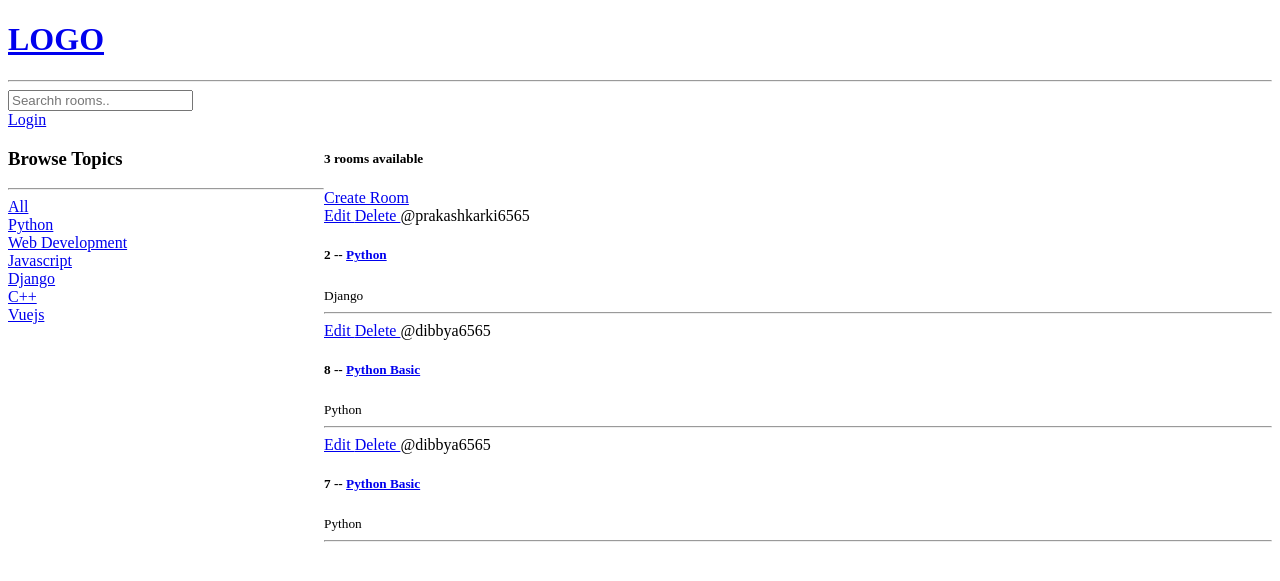
Repository: Dibbya65/Django-Basic
Page: http://localhost/?q=Python
An editor plug-in stored every save of this project. The page is shown before and after the next save, followed by the edit.
The browser window is 1280 px wide. The pictures show the whole page.
The page is served by the project's application, run on Django 3.2 (manage.py). The page reads the database file committed with the project.

Above is the page before, as saved 2021-11-15 20:54:55.

After the next save:
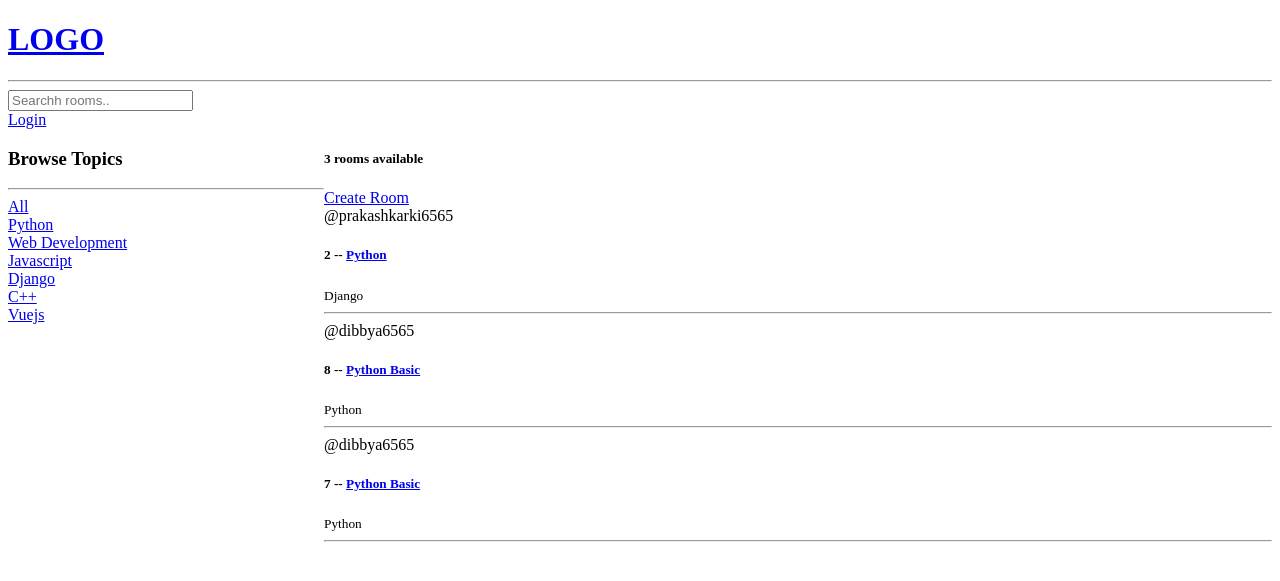
Saved 17 s later.
--- a/base/templates/base/home.html
+++ b/base/templates/base/home.html
@@ -24,7 +24,7 @@
     <a href="{% url 'create-room' %}">Create Room</a>
     {% for room in rooms %}
     <div>
-      {% if request.user != room.host %}
+      {% if request.user == room.host %}
       <a href="{% url 'update-room' room.id %}">Edit </a>
 
       <a href="{% url 'delete-room' room.id %}">Delete </a>
